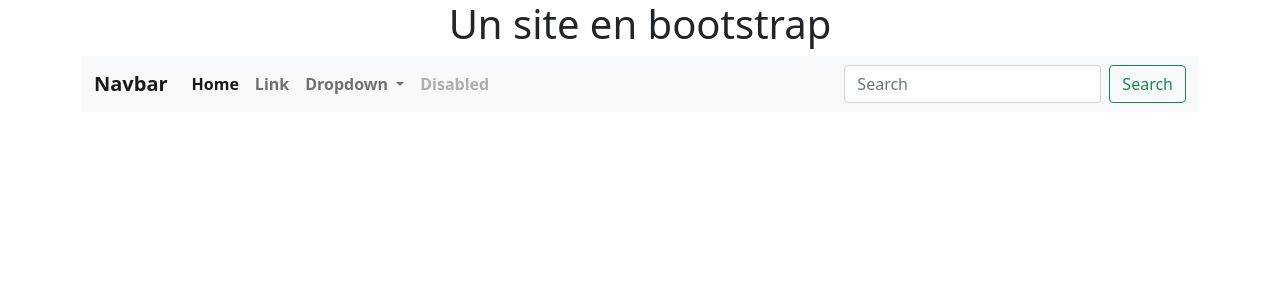
Repository: Elie-Dey/boot-start
Page: index.html
These files come from the project's save history. The page is drawn as it stood at one moment and after the next save; the edit follows.
The browser window is 1280 px wide. The pictures show the whole page.

Above is the page before, as saved 2021-08-19 01:01:25.

### index.html
<!DOCTYPE html>
<html lang="en">
  <head>
    <meta charset="UTF-8" />
    <meta http-equiv="X-UA-Compatible" content="IE=edge" />
    <meta name="viewport" content="width=device-width, initial-scale=1.0" />
    <link rel="stylesheet" href="style.css" />
    <link
      href="https://cdn.jsdelivr.net/npm/bootstrap@5.1.0/dist/css/bootstrap.min.css"
      rel="stylesheet"
      integrity="sha384-KyZXEAg3QhqLMpG8r+8fhAXLRk2vvoC2f3B09zVXn8CA5QIVfZOJ3BCsw2P0p/We"
      crossorigin="anonymous"
    />
    <title>Revision html</title>
  </head>
  <body>
    <div class="container">
      <h1 class="titre text-center">Un site en bootstrap</h1>
      <!--bar de navigation -->
      <nav class="navbar navbar-expand-lg navbar-light bg-light">
        <div class="container-fluid">
          <a class="navbar-brand" href="#">Navbar</a>
          <button
            class="navbar-toggler"
            type="button"
            data-bs-toggle="collapse"
            data-bs-target="#navbarSupportedContent"
            aria-controls="navbarSupportedContent"
            aria-expanded="false"
            aria-label="Toggle navigation"
          >
            <span class="navbar-toggler-icon"></span>
          </button>
          <div class="collapse navbar-collapse" id="navbarSupportedContent">
            <ul class="navbar-nav me-auto mb-2 mb-lg-0">
              <li class="nav-item">
                <a class="nav-link active" aria-current="page" href="#">Home</a>
              </li>
              <li class="nav-item">
                <a class="nav-link" href="#">Link</a>
              </li>
              <li class="nav-item dropdown">
                <a
                  class="nav-link dropdown-toggle"
                  href="#"
                  id="navbarDropdown"
                  role="button"
                  data-bs-toggle="dropdown"
                  aria-expanded="false"
                >
                  Dropdown
                </a>
                <ul class="dropdown-menu" aria-labelledby="navbarDropdown">
                  <li><a class="dropdown-item" href="#">Action</a></li>
                  <li><a class="dropdown-item" href="#">Another action</a></li>
                  <li><hr class="dropdown-divider" /></li>
                  <li>
                    <a class="dropdown-item" href="#">Something else here</a>
                  </li>
                </ul>
              </li>
              <li class="nav-item">
                <a
                  class="nav-link disabled"
                  href="#"
                  tabindex="-1"
                  aria-disabled="true"
                  >Disabled</a
                >
              </li>
            </ul>
            <form class="d-flex">
              <input
                class="form-control me-2"
                type="search"
                placeholder="Search"
                aria-label="Search"
              />
              <button class="btn btn-outline-success" type="submit">
                Search
              </button>
            </form>
          </div>
        </div>
      </nav>
      <!--bar de navigation -->
    </div>

    <script
      src="https://cdn.jsdelivr.net/npm/bootstrap@5.1.0/dist/js/bootstrap.bundle.min.js"
      integrity="sha384-U1DAWAznBHeqEIlVSCgzq+c9gqGAJn5c/t99JyeKa9xxaYpSvHU5awsuZVVFIhvj"
      crossorigin="anonymous"
    ></script>
  </body>
</html>

### style.css
body {
  background-color: coral;
}
a {
  font-weight: bold;
}

After the next save:
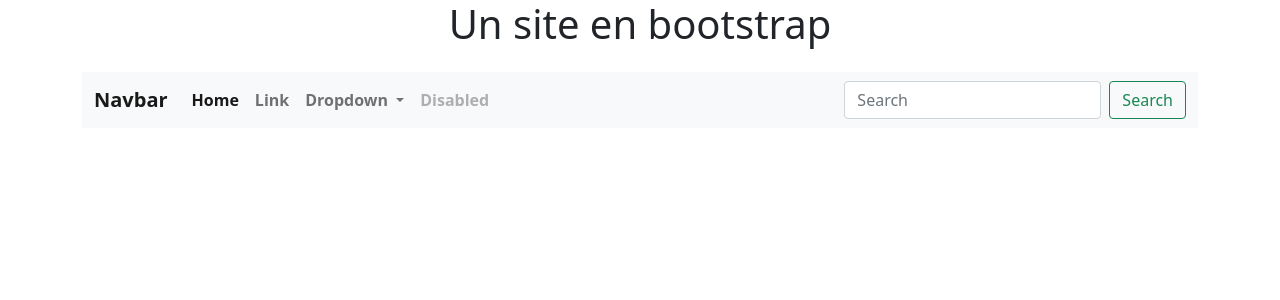
Saved 92 s later.
--- a/index.html
+++ b/index.html
@@ -15,7 +15,7 @@
   </head>
   <body>
     <div class="container">
-      <h1 class="titre text-center">Un site en bootstrap</h1>
+      <h1 class="titre text-center pb-3">Un site en bootstrap</h1>
       <!--bar de navigation -->
       <nav class="navbar navbar-expand-lg navbar-light bg-light">
         <div class="container-fluid">
